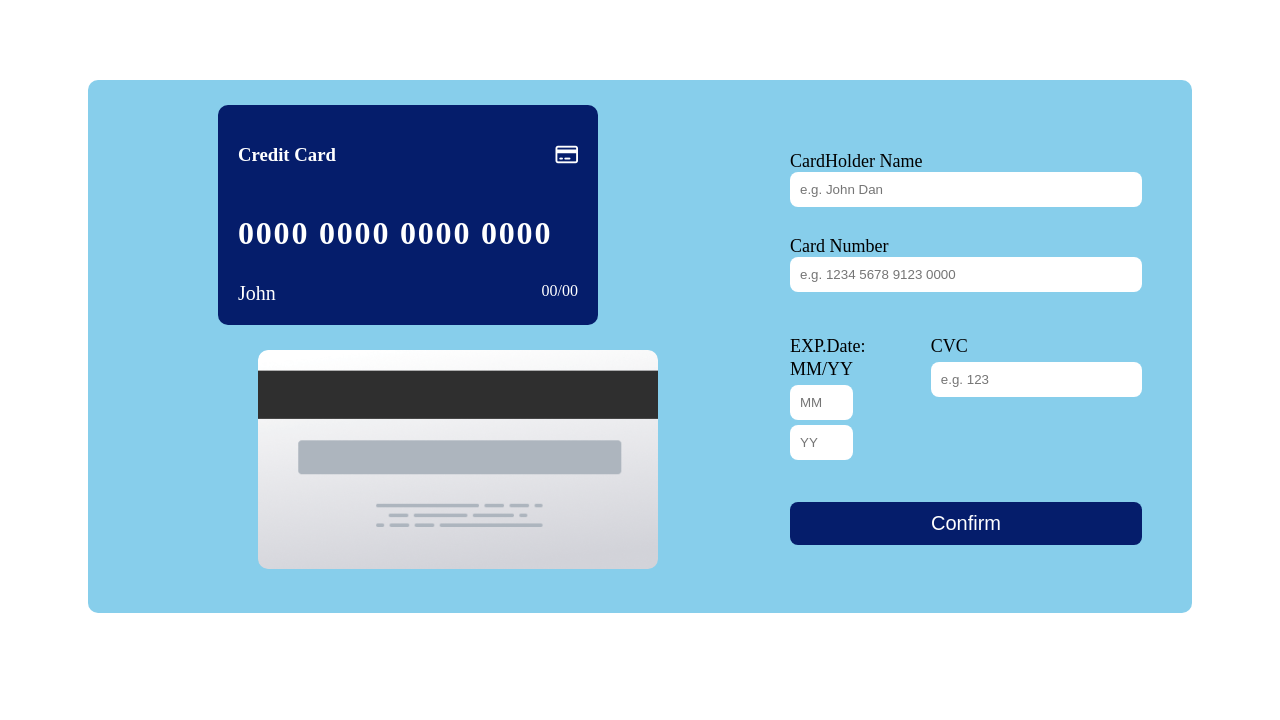
Repository: moehaymanmyint/Interactive-Card-Details-Form
Page: index.html
These files come from the project's save history. The page is drawn as it stood at one moment and after the next save; the edit follows.
The browser window is 1280 px wide. The pictures show the whole page.
Some web libraries are served in a nearby version.

Above is the page before, as saved 2024-10-18 21:29:11.

After the next save:
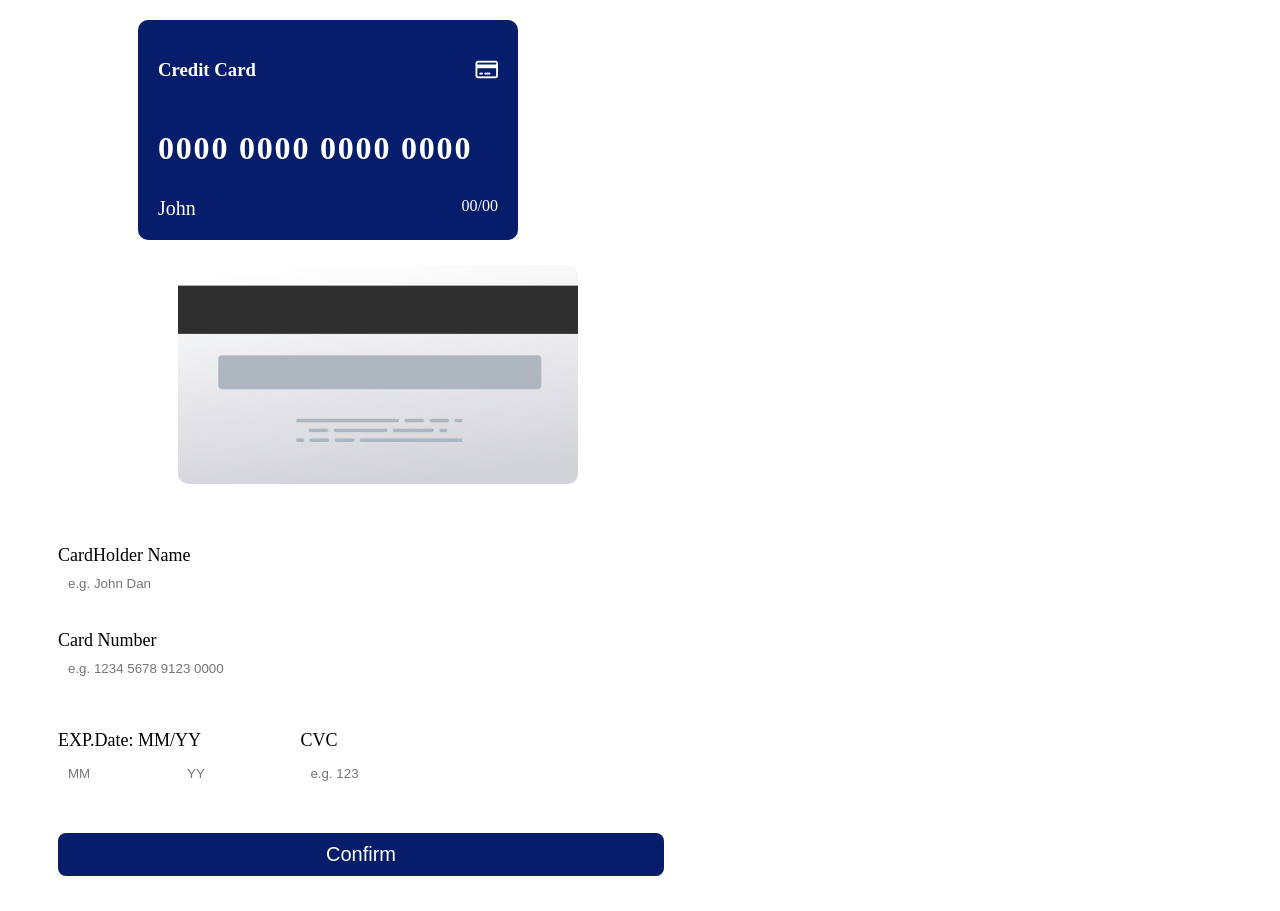
Saved 2 min 16 s later.
--- a/style.css
+++ b/style.css
@@ -1,3 +1,7 @@
+<style>
+@import url('https://fonts.googleapis.com/css2?family=Chakra+Petch:ital,wght@0,300;0,400;0,500;0,600;0,700;1,300;1,400;1,500;1,600;1,700&display=swap');
+</style>
+
 .container{
     display: flex;
     justify-content: center;

After the save that followed:
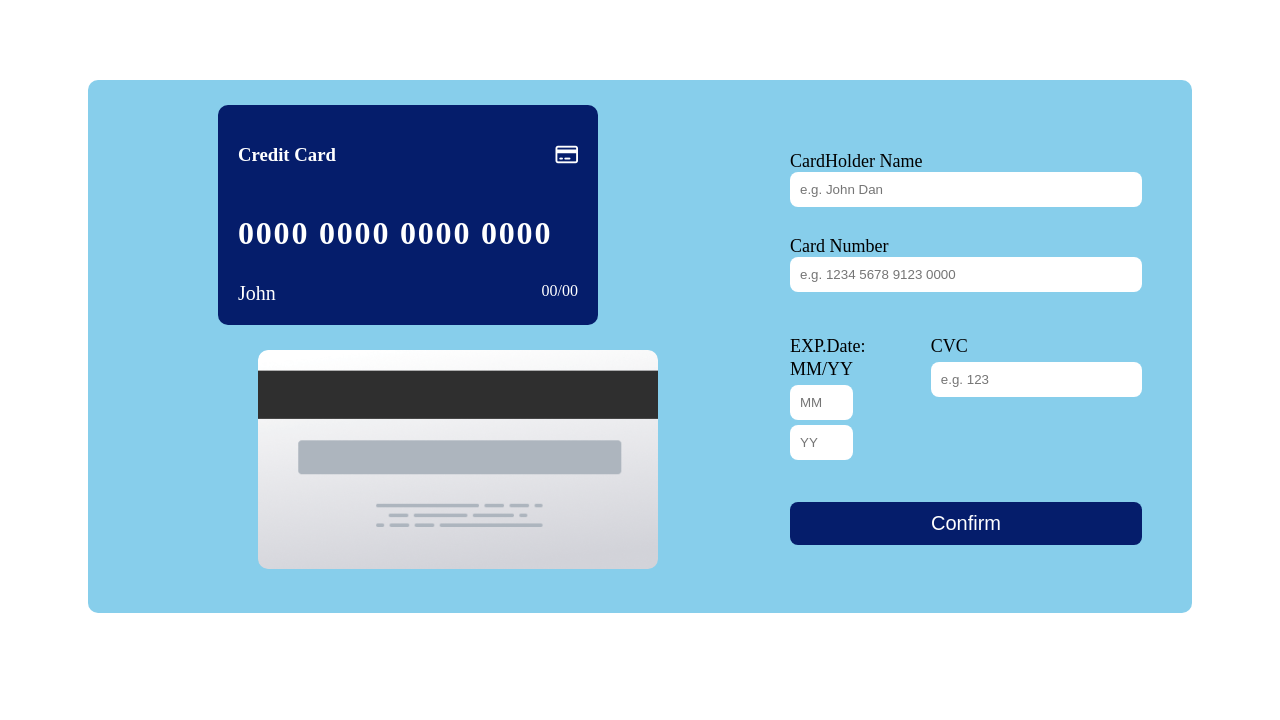
Saved 7 s later.
--- a/style.css
+++ b/style.css
@@ -1,6 +1,5 @@
-<style>
 @import url('https://fonts.googleapis.com/css2?family=Chakra+Petch:ital,wght@0,300;0,400;0,500;0,600;0,700;1,300;1,400;1,500;1,600;1,700&display=swap');
-</style>
+
 
 .container{
     display: flex;
